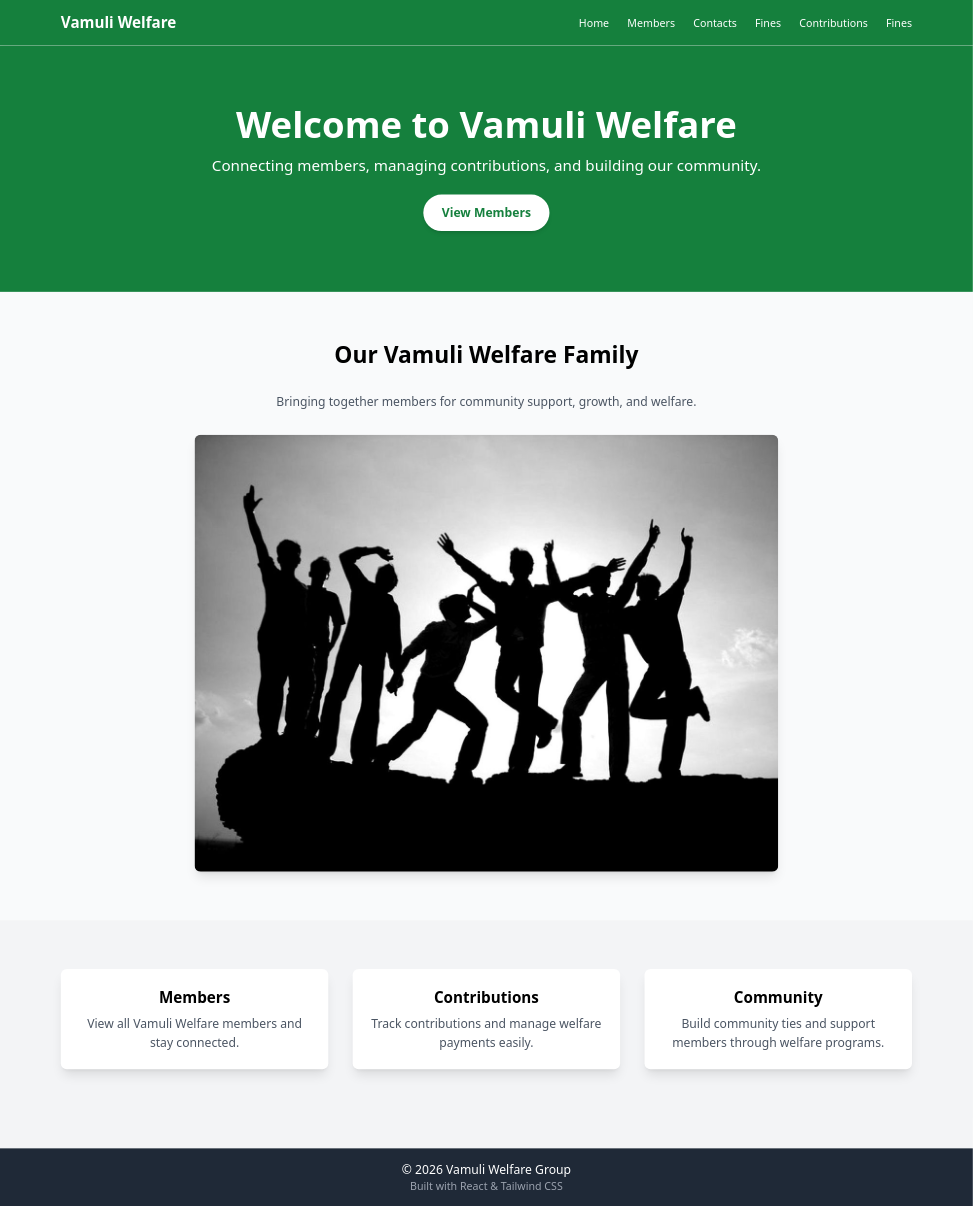
Repository: Engineer-collo/Vamuli-welfare
Page: /
These files come from the project's save history. The page is drawn as it stood at one moment and after the next save; the edit follows.
The browser window is 1280 px wide. The pictures show the whole page, at 76% of full size.
The project was rebuilt for these pictures with package versions that can differ from the ones it lists, and the page was loaded fresh each time. Also part of the build but not shown: vite.config.js.

Above is the page before, as saved 2026-03-16 10:56:31.

### index.html
<!doctype html>
<html lang="en">
  <head>
    <meta charset="UTF-8" />
    <link rel="icon" type="image/svg+xml" href="/favicon.svg" />
    <meta name="viewport" content="width=device-width, initial-scale=1.0" />
    <title>vamuli-welfare</title>
  </head>
  <body>
    <div id="root"></div>
    <script type="module" src="/src/main.jsx"></script>
  </body>
</html>

### src/App.jsx
import { BrowserRouter as Router, Routes, Route } from "react-router-dom";

import Navbar from "./components/Navbar";
import Footer from "./components/Footer";

import Home from "./pages/Home";
import Members from "./pages/Members";
import ContributionsTable from "./pages/ContributionsTable";
import FinesTable from "./pages/FinesTable";

function App() {
  return (
    <Router>
      <div className="bg-gray-100 min-h-screen">

        <Navbar />

        <Routes>
          <Route path="/" element={<Home />} />
          <Route path="/members" element={<Members />} />
          <Route path="/contributions" element={<ContributionsTable />} />
          <Route path="/fines" element={<FinesTable />} />

        </Routes>

        <Footer />

      </div>
    </Router>
  );
}

export default App;

### src/components/Navbar.jsx
import { Link } from "react-router-dom";

function Navbar() {
  return (
    <nav className="bg-green-700 text-white shadow-md">
      <div className="max-w-6xl mx-auto flex justify-between items-center p-4">

        <h1 className="text-xl font-bold">
          <Link to="/">Vamuli Welfare</Link>
        </h1>

        <ul className="flex gap-6 text-sm">
          <li>
            <Link to="/" className="hover:text-gray-200">Home</Link>
          </li>

          <li>
            <Link to="/members" className="hover:text-gray-200">Members</Link>
          </li>

          <li>
            <Link to="/contacts" className="hover:text-gray-200">Contacts</Link>
          </li>

          <li>
            <Link to="/fines" className="hover:text-gray-200">Fines</Link>
          </li>

          <li>
            <Link to="/contributions" className="hover:text-gray-200">Contributions</Link>
          </li>

          <li>
            <Link to="/fines" className="hover:text-gray-200">Fines</Link>
          </li>

        </ul>

      </div>
    </nav>
  );
}

export default Navbar;

### src/components/Footer.jsx
import React from "react";

function Footer() {
  return (
    <footer className="bg-gray-800 text-white mt-10">
      <div className="max-w-6xl mx-auto text-center p-4">
        <p>© 2026 Vamuli Welfare Group</p>
        <p className="text-sm text-gray-400">
          Built with React & Tailwind CSS
        </p>
      </div>
    </footer>
  );
}

export default Footer;

### src/pages/Home.jsx
import React from "react";
import groupPhoto from "../assets/vamuli-group.jpg"; // place your photo in src/assets/

function Home() {
  return (
    <div className="bg-gray-50 min-h-screen">
      {/* Hero Section */}
      <section className="bg-green-700 text-white py-20">
        <div className="max-w-6xl mx-auto px-4 text-center">
          <h1 className="text-4xl md:text-5xl font-extrabold mb-4">
            Welcome to Vamuli Welfare
          </h1>
          <p className="text-lg md:text-xl mb-6">
            Connecting members, managing contributions, and building our community.
          </p>
          <a
            href="/members"
            className="inline-block bg-white text-green-700 font-bold px-6 py-3 rounded-full shadow-md hover:bg-gray-100 transition"
          >
            View Members
          </a>
        </div>
      </section>

      {/* Group Photo Section */}
      <section className="max-w-6xl mx-auto px-4 py-16">
        <h2 className="text-3xl font-bold text-center mb-8">
          Our Vamuli Welfare Family
        </h2>
        <p className="text-center text-gray-600 mb-8">
          Bringing together members for community support, growth, and welfare.
        </p>

        <div className="flex justify-center">
          <img
            src={groupPhoto}
            alt="Vamuli Welfare Group"
            className="rounded-lg shadow-lg w-full max-w-3xl object-cover"
          />
        </div>
      </section>

      {/* Info Cards Section */}
      <section className="bg-gray-100 py-16">
        <div className="max-w-6xl mx-auto px-4 grid md:grid-cols-3 gap-8 text-center">
          <div className="bg-white rounded-lg shadow-lg p-6 hover:shadow-xl transition">
            <h3 className="text-xl font-bold mb-2">Members</h3>
            <p className="text-gray-600">
              View all Vamuli Welfare members and stay connected.
            </p>
          </div>
          <div className="bg-white rounded-lg shadow-lg p-6 hover:shadow-xl transition">
            <h3 className="text-xl font-bold mb-2">Contributions</h3>
            <p className="text-gray-600">
              Track contributions and manage welfare payments easily.
            </p>
          </div>
          <div className="bg-white rounded-lg shadow-lg p-6 hover:shadow-xl transition">
            <h3 className="text-xl font-bold mb-2">Community</h3>
            <p className="text-gray-600">
              Build community ties and support members through welfare programs.
            </p>
          </div>
        </div>
      </section>
    </div>
  );
}

export default Home;

### tailwind.config.js
/** @type {import('tailwindcss').Config} */
module.exports = {
  content: [
    "./index.html",
    "./src/**/*.{js,jsx}"
  ],
  theme: {
    extend: {},
  },
  plugins: [],
};

### src/pages/FinesTable.jsx
import React from 'react'

const FinesTable = () => {
  return (
    <div>FinesTable</div>
  )
}

export default FinesTable

### src/pages/Members.jsx
import React from "react";

const members = [
  { id: 1, name: "Zipporah Muhya", phone: "0723433771" },
  { id: 2, name: "Margaret Likhomba", phone: "0712493243" },
  { id: 3, name: "Elizabeth Khanyiwa", phone: "0727493638" },
  { id: 4, name: "Esther Muhya", phone: "0727990867" },
  { id: 5, name: "Daniel Shunza", phone: "0715163470" },
  { id: 6, name: "Manoa Karani", phone: "0713789615" },
  { id: 7, name: "Collins Likhomba", phone: "0743250838" },
  { id: 8, name: "Marygoret Shunza", phone: "0795045847" },
  { id: 9, name: "Catherine Likhomba", phone: "0796253851" },
  { id: 10, name: "Abigael Muhya", phone: "0738986370" },
  { id: 11, name: "Jackline Kiprotich", phone: "0112477778" },
  { id: 12, name: "Nicholas Jiveri", phone: "0728955267" },
  { id: 13, name: "Durusila Jiveri", phone: "0718860564" },
  { id: 14, name: "Janet Jiveri", phone: "0790000253" },
  { id: 15, name: "Philip Shunza", phone: "0702640960" },
  { id: 16, name: "Metrine Alumasa", phone: "0704372211" },
  { id: 17, name: "Jackson Alumasa", phone: "0728880200" },
  { id: 18, name: "Rodgers Khamadi", phone: "0703440523" },
  { id: 19, name: "Lydia Khamadi", phone: "0799612418" },
  { id: 20, name: "Doris Likhomba", phone: "0700520325" },
  { id: 21, name: "Dinnah Shunza", phone: "0704362282" },
  { id: 22, name: "Kennedy Alumasa", phone: "0727662866" },
  { id: 23, name: "Pamelah Alumasa", phone: "0728983676" },
  { id: 24, name: "Joseph Anusu", phone: "0795343410" },
];

function VamuliContacts() {
  return (
    <div className="max-w-4xl mx-auto mt-10 p-6 bg-white shadow-lg rounded-xl">
      <h1 className="text-2xl font-bold text-center text-gray-800 mb-6">
        Vamuli Members Contacts
      </h1>

      <div className="overflow-x-auto">
        <table className="w-full border-collapse">
          <thead>
            <tr className="bg-green-600 text-white">
              <th className="p-3 text-left">No</th>
              <th className="p-3 text-left">Name</th>
              <th className="p-3 text-left">Phone Number</th>
            </tr>
          </thead>

          <tbody>
            {members.map((member) => (
              <tr
                key={member.id}
                className="border-b hover:bg-gray-100 transition"
              >
                <td className="p-3">{member.id}</td>
                <td className="p-3">{member.name}</td>
                <td className="p-3">
                  <a
                    href={`tel:${member.phone}`}
                    className="text-blue-600 hover:underline"
                  >
                    {member.phone}
                  </a>
                </td>
              </tr>
            ))}
          </tbody>
        </table>
      </div>
    </div>
  );
}

export default VamuliContacts;

### src/pages/ContributionsTable.jsx
import React from "react";

// Sample contributions data (24 members)
const contributions = [
  { id: 1, name: "Nicholus Jiveri", registration: 500, jan: 500, feb: 500, mar: 500 },
  { id: 2, name: "Durusila Jiveri", registration: 500, jan: 500, feb: 500, mar: 500 },
  { id: 3, name: "Janet Jiveri", registration: 500, jan: 500, feb: 500, mar: 500 },
  { id: 4, name: "Jackson Alumasa", registration: 500, jan: 500, feb: 500, mar: 500 },
  { id: 5, name: "Metrine Alumasa", registration: 500, jan: 500, feb: 500, mar: 500 },
  { id: 6, name: "Rodgers Khamadi", registration: 500, jan: 500, feb: 500, mar: 500 },
  { id: 7, name: "Lydia Khamadi", registration: 500, jan: 500, feb: 500, mar: 500 },
  { id: 8, name: "Kennedy Alumasa", registration: 500, jan: 500, feb: 500, mar: 500 },
  { id: 9, name: "Pamelah Alumasa", registration: 500, jan: 500, feb: 500, mar: 500 },
  { id: 10, name: "Abigael Muhya", registration: 500, jan: 500, feb: 500, mar: 500 },
  { id: 11, name: "Esther Muhya", registration: 500, jan: 500, feb: 500, mar: 500 },
  { id: 12, name: "Elizabeth Khanyiwa", registration: 500, jan: 500, feb: 500, mar: 500 },
  { id: 13, name: "Daniel Shunza", registration: 500, jan: 500, feb: 500, mar: 500 },
  { id: 14, name: "Mergoret Shunza", registration: 500, jan: 500, feb: 500, mar: 500 },
  { id: 15, name: "Margret Likhomba", registration: 500, jan: 500, feb: 500, mar: 500 },
  { id: 16, name: "Collins Likhomba", registration: 500, jan: 500, feb: 500, mar: 500 },
  { id: 17, name: "Dinah Shunza", registration: 500, jan: 500, feb: 500, mar: 500 },
  { id: 18, name: "Manoah Karani", registration: 500, jan: 500, feb: 500, mar: 500 },
  { id: 19, name: "Catherine Karani", registration: 500, jan: 500, feb: 500, mar: 500 },
  { id: 20, name: "Priscilla Wesonga", registration: 500, jan: 500, feb: 500, mar: 500 },
  { id: 21, name: "Zipporah Muhya", registration: 500, jan: 500, feb: 500, mar: 500 },
  { id: 22, name: "Phillip Shunza", registration: 500, jan: 500, feb: 500, mar: 500 },
  { id: 23, name: "Joseph Anusu", registration: 500, jan: 500, feb: 500, mar: 500 },
  { id: 24, name: "Jackline Kiprotich", registration: 500, jan: 500, feb: 500, mar: 500 },
];

// Extract months dynamically (excluding id & name)
const months = Object.keys(contributions[0]).filter((key) => key !== "id" && key !== "name");

// Calculate totals per month
const totals = {};
months.forEach((month) => {
  totals[month] = contributions.reduce((sum, c) => sum + c[month], 0);
});

// Calculate grand total per member
const contributionsWithTotals = contributions.map((c) => ({
  ...c,
  total: months.reduce((sum, month) => sum + c[month], 0),
}));

// Calculate full total (all members, all months)
const fullTotal = contributionsWithTotals.reduce((sum, c) => sum + c.total, 0);

function ContributionsTable() {
  return (
    <div className="max-w-7xl mx-auto mt-10 bg-white shadow-lg rounded-lg p-6">
      <h2 className="text-2xl font-bold mb-6 text-center">Vamuli Welfare Contributions(Year 2026)</h2>

      {/* Totals */}
      <div className="flex flex-wrap justify-center gap-6 mb-6 text-lg font-semibold">
        {months.map((month) => (
          <span key={month} className="text-green-700">
            {month.charAt(0).toUpperCase() + month.slice(1)} Total: Ksh {totals[month]} ✅
          </span>
        ))}
        <span className="text-blue-800 font-bold">
          Full Total: Ksh {fullTotal} ✅
        </span>
      </div>

      {/* Table */}
      <table className="w-full border-collapse">
        <thead>
          <tr className="bg-green-600 text-white">
            <th className="p-3 text-left">No</th>
            <th className="p-3 text-left">Member</th>
            {months.map((month) => (
              <th key={month} className="p-3 text-left">
                {month.charAt(0).toUpperCase() + month.slice(1)}
              </th>
            ))}
            <th className="p-3 text-left">Total</th>
          </tr>
        </thead>

        <tbody>
          {contributionsWithTotals.map((c) => (
            <tr key={c.id} className="border-b hover:bg-gray-100 transition">
              <td className="p-3">{c.id}</td>
              <td className="p-3">{c.name}</td>
              {months.map((month) => (
                <td
                  key={month}
                  className={`p-3 font-semibold ${
                    c[month] > 0 ? "text-green-600" : "text-red-600"
                  }`}
                >
                  {c[month] > 0 ? `${c[month]} ✅` : "0 ❌"}
                </td>
              ))}
              <td className="p-3 font-bold text-blue-800">{c.total}</td>
            </tr>
          ))}
        </tbody>
      </table>
    </div>
  );
}

export default ContributionsTable;

Loaded but not shown: src/main.jsx (common file); src/index.css (common file)

After the next save:
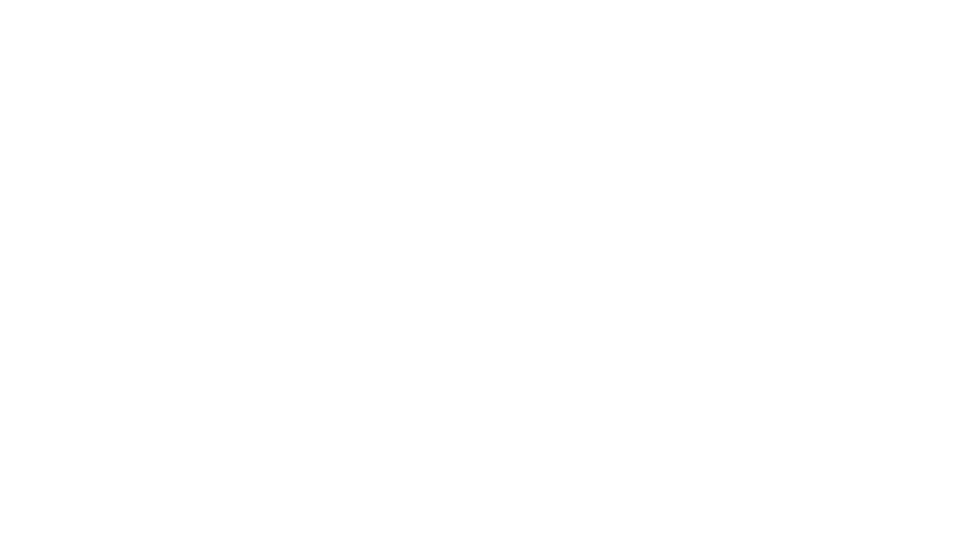
Console error: ReferenceError: Link is not defined
Saved 11 s later.
--- a/src/pages/FinesTable.jsx
+++ b/src/pages/FinesTable.jsx
@@ -1,9 +1,3 @@
-import React from 'react'
-
-const FinesTable = () => {
-  return (
-    <div>FinesTable</div>
-  )
-}
-
-export default FinesTable
+<li>
+<Link to="/contributions" className="hover:text-gray-200">Contributions</Link>
+</li>

After the save that followed:
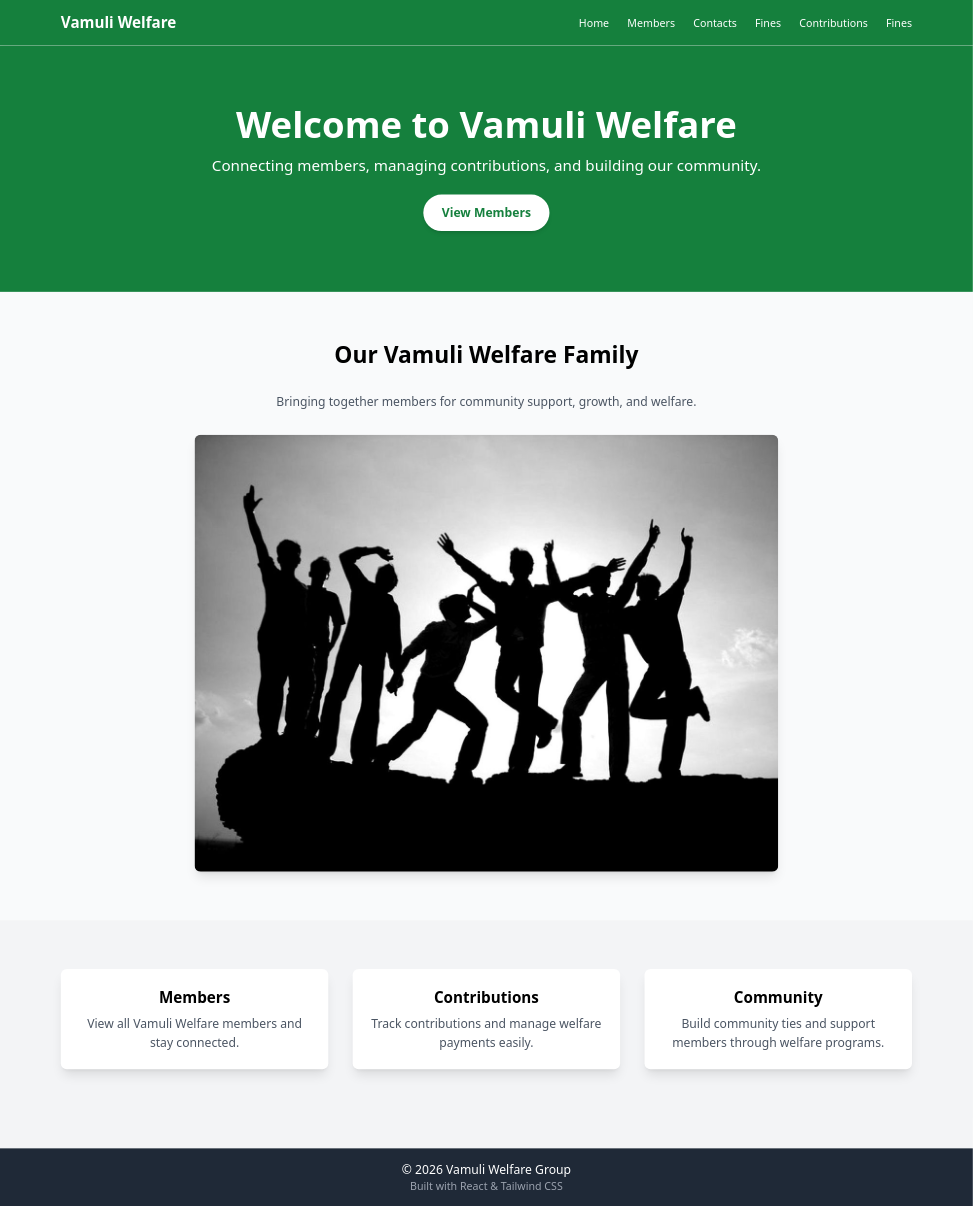
The error is gone.
Saved 30 s later.
--- a/src/pages/FinesTable.jsx
+++ b/src/pages/FinesTable.jsx
@@ -1,3 +1,9 @@
-<li>
-<Link to="/contributions" className="hover:text-gray-200">Contributions</Link>
-</li>
+import React from 'react'
+
+const FinesTable = () => {
+  return (
+    <div>FinesTable</div>
+  )
+}
+
+export default FinesTable
